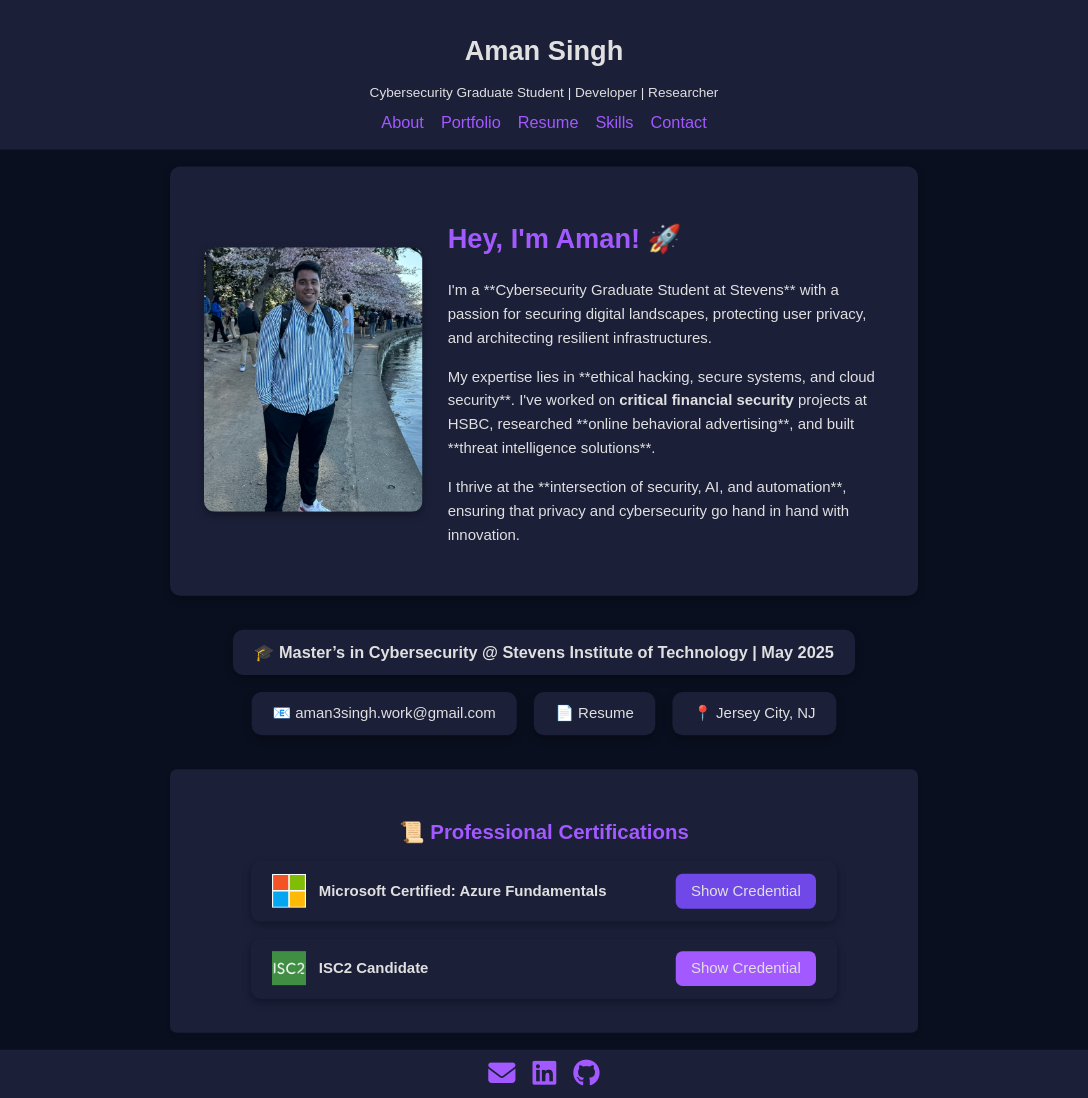
Repository: aman3singh/portfolio
Page: index.html
The author's editor kept a copy of each file at every save. The page is drawn from the files as they stood at one save, then again after the next save.
The browser window is 1280 px wide. The pictures show the whole page, at 85% of full size.
The pointer rests on the first visible `.credential-button`.

Above is the page before, as saved 2025-02-11 22:44:29.

### index.html
<!DOCTYPE html>
<html lang="en">
<head>
    <meta charset="UTF-8">
    <meta name="viewport" content="width=device-width, initial-scale=1.0">
    <title>Aman Singh | Cybersecurity Portfolio</title>
    <link rel="stylesheet" href="styles.css">
    <link rel="stylesheet" href="https://cdnjs.cloudflare.com/ajax/libs/font-awesome/6.4.2/css/all.min.css">
</head>
<body>
    <header>
        <h1>Aman Singh</h1>
        <p>Cybersecurity Graduate Student | Developer | Researcher</p>
        <nav>
            <a href="#about">About</a>
            <a href="portfolio.html">Portfolio</a>
            <a href="resume.html">Resume</a>
            <a href="#skills">Skills</a>
            <a href="#contact">Contact</a>
        </nav>
    </header>

    <section id="about" style="display: flex; align-items: center; gap: 30px; padding: 40px;">
        <div style="flex: 1; text-align: center;">
            <img src="Aman.jpg" alt="Aman Singh" style="width: 100%; max-width: 300px; border-radius: 12px; box-shadow: 0px 4px 10px rgba(0, 0, 0, 0.3);">
        </div>
        <div style="flex: 2;">
            <h2 style="color: #A259FF;">Hey, I'm Aman! 🚀</h2>
            <p>
                I'm a **Cybersecurity Graduate Student at Stevens** with a passion for securing digital landscapes, protecting user privacy, and architecting resilient infrastructures.
            </p>
            <p>
                My expertise lies in **ethical hacking, secure systems, and cloud security**. I've worked on <b>critical financial security</b> projects at HSBC, researched **online behavioral advertising**, and built **threat intelligence solutions**.
            </p>
            <p>
                I thrive at the **intersection of security, AI, and automation**, ensuring that privacy and cybersecurity go hand in hand with innovation.
            </p>
        </div>
    </section>

    <div style="display: flex; flex-direction: column; align-items: center; text-align: center; gap: 20px; padding: 20px;">
        <div style="background-color: #1B1F38; padding: 15px 25px; border-radius: 12px; font-size: 1.2em; box-shadow: 0px 4px 10px rgba(0, 0, 0, 0.3);">
            🎓 <b>Master’s in Cybersecurity @ Stevens Institute of Technology | May 2025</b>
        </div>
        <div style="display: flex; gap: 20px;">
            <div style="background-color: #1B1F38; padding: 15px 25px; border-radius: 12px; font-size: 1.1em; box-shadow: 0px 4px 10px rgba(0, 0, 0, 0.3);">
                📧 <a href="mailto:aman3singh.work@gmail.com" style="color: #E0E0E0; text-decoration: none;">aman3singh.work@gmail.com</a>
            </div>
            <div style="background-color: #1B1F38; padding: 15px 25px; border-radius: 12px; font-size: 1.1em; box-shadow: 0px 4px 10px rgba(0, 0, 0, 0.3);">
                📄 <a href="resume.html" style="color: #E0E0E0; text-decoration: none;">Resume</a>
            </div>
            <div style="background-color: #1B1F38; padding: 15px 25px; border-radius: 12px; font-size: 1.1em; box-shadow: 0px 4px 10px rgba(0, 0, 0, 0.3);">
                📍 Jersey City, NJ
            </div>
        </div>
    </div>

    <section id="certifications" style="padding: 40px; text-align: center;">
        <h2 style="color: #A259FF;">📜 Professional Certifications</h2>
        <div style="display: flex; flex-direction: column; align-items: center; gap: 20px;">
            <div style="background-color: #1B1F38; padding: 15px 25px; border-radius: 12px; font-size: 1.1em; width: 80%; display: flex; align-items: center; justify-content: space-between; box-shadow: 0px 4px 10px rgba(0, 0, 0, 0.3);">
                <div style="display: flex; align-items: center; gap: 15px;">
                    <img src="microsoft_logo.svg" alt="Microsoft Logo" style="height: 40px;">
                    <b>Microsoft Certified: Azure Fundamentals</b>
                </div>
                <a href="https://learn.microsoft.com/en-us/users/amansingh-1923/credentials/2ef5697650f7d138?ref=https%3A%2F%2Fwww.linkedin.com%2F" target="_blank" class="credential-button">Show Credential</a>
            </div>
            <div style="background-color: #1B1F38; padding: 15px 25px; border-radius: 12px; font-size: 1.1em; width: 80%; display: flex; align-items: center; justify-content: space-between; box-shadow: 0px 4px 10px rgba(0, 0, 0, 0.3);">
                <div style="display: flex; align-items: center; gap: 15px;">
                    <img src="isc2_logo.jpg" alt="ISC2 Logo" style="height: 40px;">
                    <b>ISC2 Candidate</b>
                </div>
                <a href="https://www.credly.com/badges/34d270c8-7299-4ed3-a625-0a13da7394b7/linked_in_profile" target="_blank" class="credential-button">Show Credential</a>
            </div>
        </div>
    </section>

    <footer>
            <div class="social-links" style="display: flex; gap: 20px; font-size: 2rem;">
                <a href="mailto:aman3singh.work@gmail.com" target="_blank">
                    <i class="fa-solid fa-envelope"></i>
                </a>
                <a href="https://www.linkedin.com/in/aman-singh7/" target="_blank">
                    <i class="fa-brands fa-linkedin"></i>
                </a>
                <a href="https://github.com/aman3singh" target="_blank">
                    <i class="fa-brands fa-github"></i>
                </a>
            </div>
    </footer>
</body>
</html>

### styles.css
body {
    font-family: 'Arial', sans-serif;
    margin: 0;
    padding: 0;
    background-color: #0A0F1F;
    color: #E0E0E0;
}

header {
    background-color: #1B1F38;
    color: 	#E0E0E0;
    text-align: center;
    padding: 20px;
}

nav {
    display: flex;
    justify-content: center;
    gap: 20px;
}

nav a {
    color: #A259FF;
    text-decoration: none;
    font-size: 1.2em;
    transition: color 0.3s;
}

nav a:hover {
    color: #00E5FF;
}

section {
    padding: 20px;
    margin: 20px auto;
    max-width: 800px;
    background: #1B1F38;
    box-shadow: 0px 4px 6px rgba(0, 0, 0, 0.1);
    border-radius: 8px;
}

h2 {
    color: #A259FF;
}
#about {
    display: flex;
    align-items: center;
    gap: 30px;
    padding: 40px;
    background-color: #1B1F38;
    border-radius: 12px;
    box-shadow: 0px 4px 10px rgba(0, 0, 0, 0.3);
}

#about img {
    width: 100%;
    max-width: 300px;
    border-radius: 12px;
    box-shadow: 0px 4px 10px rgba(0, 0, 0, 0.3);
}

#about h2 {
    color: #A259FF;
    font-size: 2em;
}

#about p {
    color: #E0E0E0;
    font-size: 1.1em;
    line-height: 1.6;
}
#resume-container {
    display: flex;
    justify-content: center;
    align-items: center;
    min-height: 100vh;
    background-color: #0A0F1F; /* Match with your theme */
    padding-bottom: 0; /* Ensures no extra padding */
    overflow: hidden; /* Prevents extra scrolling */
}

#resume-container iframe {
    width: 80%;
    height: 100vh; /* Make it take full viewport height */
    border: none;
    background-color: transparent;
}

.project {
    border-left: 4px solid #A259FF;
    padding-left: 10px;
    margin-bottom: 15px;
}

.social-links {
    display: flex;
    justify-content: center;
    gap: 15px;
    font-size: 2rem;
}

.social-links a {
    color: #A259FF;
    transition: color 0.3s;
}

.social-links a:hover {
    color: #00E5FF;
}
.credential-button {
    color: #E0E0E0;
    text-decoration: none;
    background-color: #A259FF;
    padding: 10px 18px;
    border-radius: 8px;
    font-size: 1em;
    transition: background-color 0.3s ease-in-out;
    display: flex;
    align-items: center;
    justify-content: center;
}

.credential-button:hover {
    background-color: #7048E8;
}

footer {
    text-align: center;
    padding: 10px;
    background-color: #1B1F38;
    color: #E0E0E0;
}

After the next save:
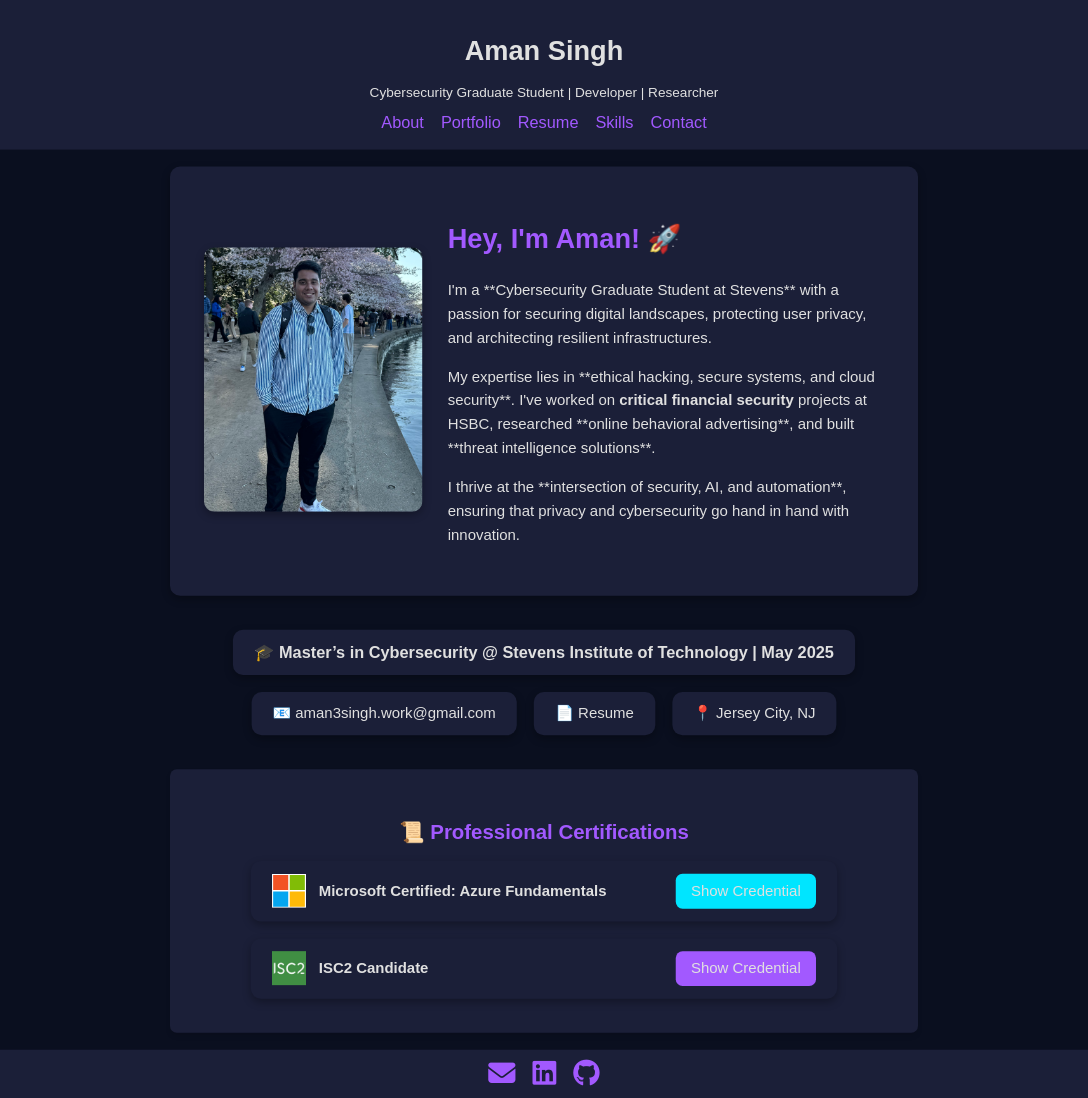
Saved 30 s later.
--- a/styles.css
+++ b/styles.css
@@ -121,7 +121,7 @@ h2 {
 }
 
 .credential-button:hover {
-    background-color: #7048E8;
+    background-color: #00E5FF;
 }
 
 footer {
